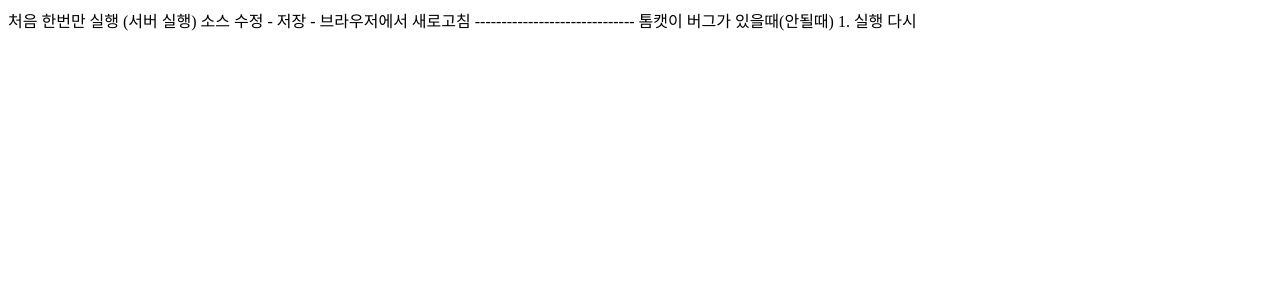
Repository: AiharaAkira/jsp
Page: WebWorkSpace/01_Servlet/src/main/webapp/NewFile.html
An editor plug-in stored every save of this project. The page is shown before and after the next save, followed by the edit.
The browser window is 1280 px wide. The pictures show the whole page.

Above is the page before, as saved 2021-11-03 04:17:25.

After the next save:
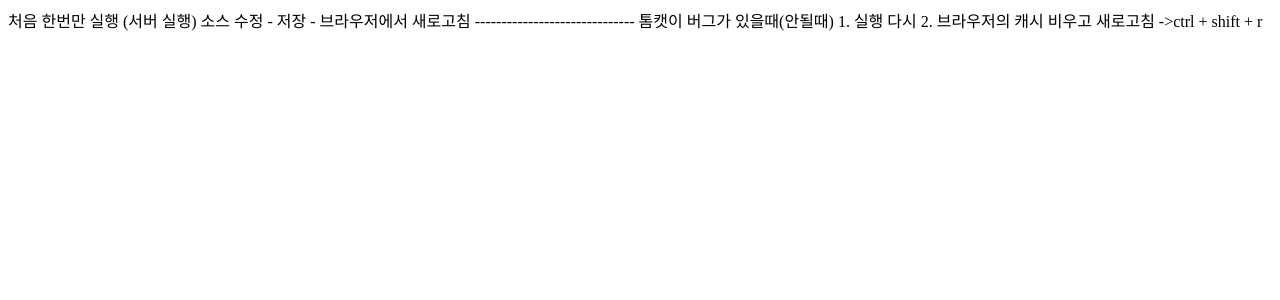
Saved 2 min 57 s later.
--- a/WebWorkSpace/01_Servlet/src/main/webapp/NewFile.html
+++ b/WebWorkSpace/01_Servlet/src/main/webapp/NewFile.html
@@ -10,6 +10,7 @@
 	------------------------------
 	톰캣이 버그가 있을때(안될때)
 	1. 실행 다시
+	2. 브라우저의 캐시 비우고 새로고침 ->ctrl + shift + r
 
 
 </body>
